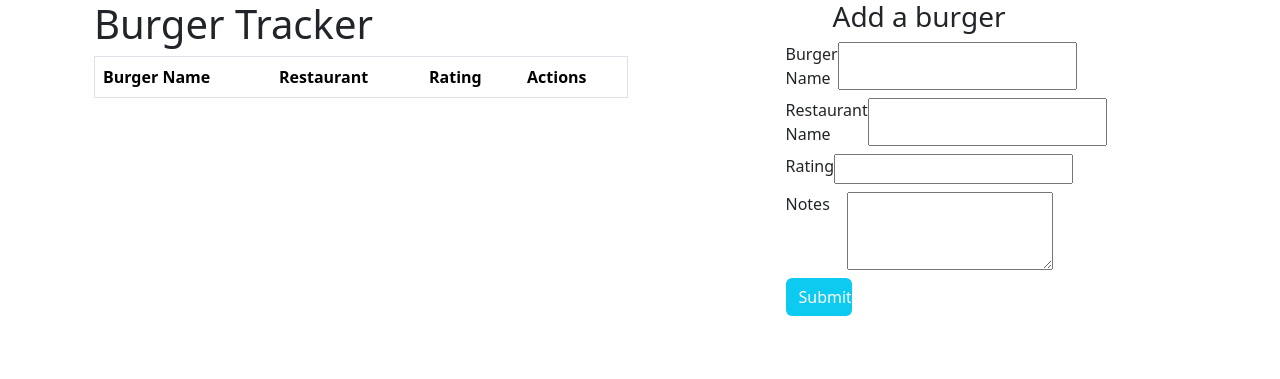
Repository: Hokusai12/Java_Dojo
Page: http://localhost/burgertracker/WEB-INF/index.jsp
An editor plug-in stored every save of this project. The page is shown before and after the next save, followed by the edit.
The browser window is 1280 px wide. The pictures show the whole page.
The page is served by Tomcat 9. Nobody is signed in. Other server files are loaded and not shown. The template is opened directly, without the code that normally fills it, so the values that code supplies are empty.

Above is the page before, as saved 2023-03-05 20:46:22.

### Spring/MVC/burgertracker/src/main/webapp/WEB-INF/index.jsp
<%@ page language="java" contentType="text/html; charset=ISO-8859-1"
	pageEncoding="ISO-8859-1"%>
<%@ taglib prefix="c" uri="http://java.sun.com/jsp/jstl/core"%>
<%@ taglib prefix="form" uri="http://www.springframework.org/tags/form"%>
<%@ page isErrorPage="true"%>
<!DOCTYPE html>
<html>
<head>
<meta charset="ISO-8859-1">
<link
	href="https://cdn.jsdelivr.net/npm/bootstrap@5.3.0-alpha1/dist/css/bootstrap.min.css"
	rel="stylesheet"
	integrity="sha384-GLhlTQ8iRABdZLl6O3oVMWSktQOp6b7In1Zl3/Jr59b6EGGoI1aFkw7cmDA6j6gD"
	crossorigin="anonymous">
<title>Burgerator</title>
</head>
<body>
	<div class="container d-flex justify-content-around">
		<div class="container col-6">
			<h1>Burger Tracker</h1>
			<table class="table border">
				<thead>
					<tr>
						<th>Burger Name</th>
						<th>Restaurant</th>
						<th>Rating</th>
						<th>Actions</th>
					</tr>
				</thead>
				<tbody>
					<c:forEach items="${burgers}" var="burger">
						<tr>
							<td>${burger.name}</td>
							<td>${burger.restaurant}</td>
							<td>${burger.rating}</td>
							<td><a href="/burgers/edit/${burger.id}">Edit</a></td>
						</tr>
					</c:forEach>
				</tbody>
			</table>
		</div>
		<div class="container d-flex flex-column align-items-center justify-content-center">
			<h3>Add a burger</h3>
			<form:form class="d-flex flex-column gap-2 col-6 " action="/"
				method="POST" modelAttribute="burger">
				<div class="d-flex justify-content-between">
					<form:label path="name">Burger Name</form:label>
					<form:input type="text" path="name" />
				</div>
				<form:errors class="text-danger" path="name" />
				<div class="d-flex justify-content-between">
					<form:label path="restaurant">Restaurant Name</form:label>
					<form:input type="text" path="restaurant" />
				</div>
				<form:errors class="text-danger" path="restaurant" />
				<div class="d-flex justify-content-between">
					<form:label path="rating">Rating</form:label>
					<form:input type="number" path="rating" step="0.1" />
				</div>
				<form:errors class="text-danger" path="rating" />
				<div class="d-flex justify-content-between">
					<form:label path="notes">Notes</form:label>
					<form:textarea path="notes" id="notes" cols="20" rows="3"></form:textarea>
				</div>
				<form:errors class="text-danger" path="notes" />
				<input
					class="col-3 btn bg-info text-white <align-self-end></align-self-end>"
					type="submit" value="Submit" />
			</form:form>
		</div>
	</div>
</body>
</html>

After the next save:
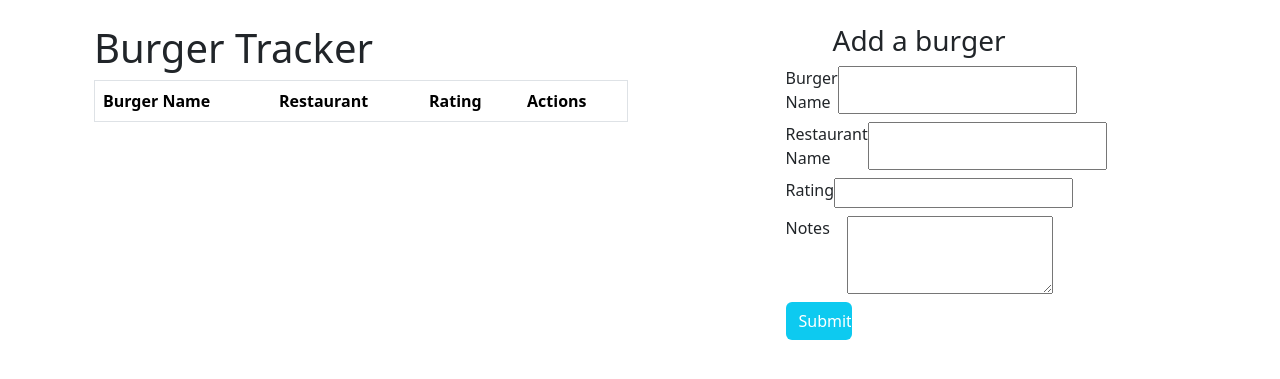
Saved 10 s later.
--- a/Spring/MVC/burgertracker/src/main/webapp/WEB-INF/index.jsp
+++ b/Spring/MVC/burgertracker/src/main/webapp/WEB-INF/index.jsp
@@ -15,7 +15,7 @@
 <title>Burgerator</title>
 </head>
 <body>
-	<div class="container d-flex justify-content-around">
+	<div class="container mt-4 d-flex justify-content-around">
 		<div class="container col-6">
 			<h1>Burger Tracker</h1>
 			<table class="table border">
